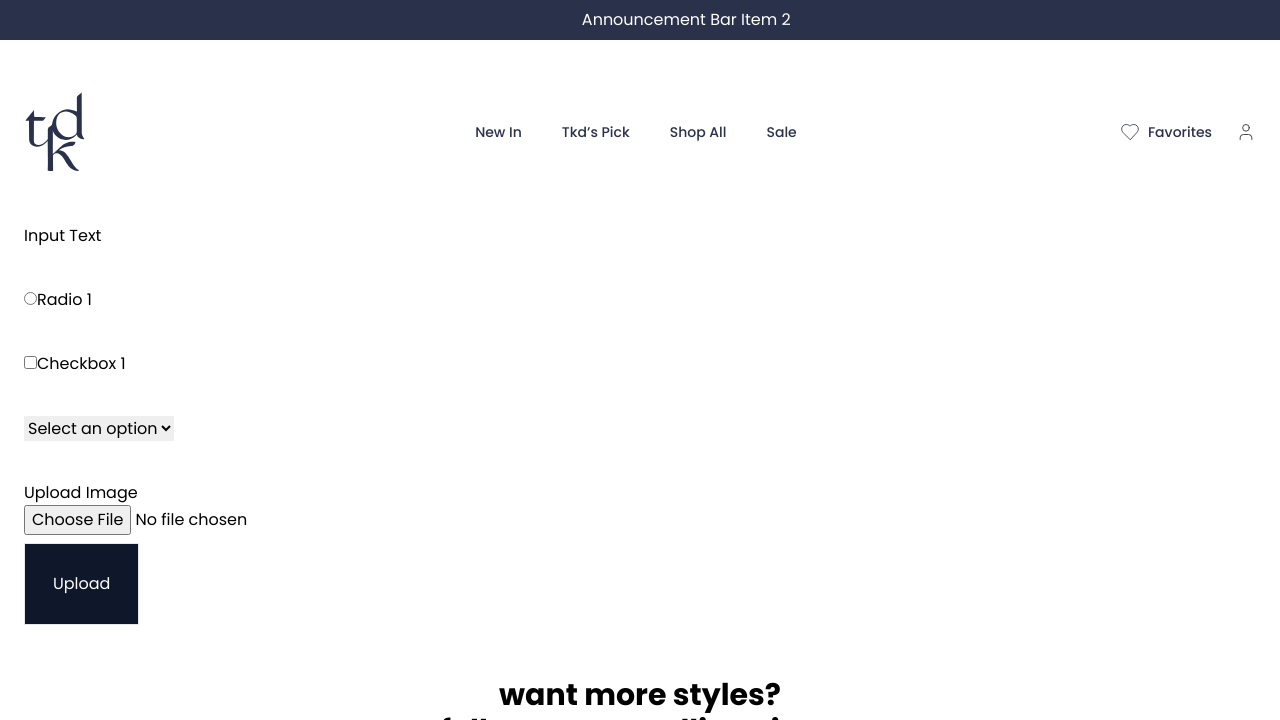
Repository: helmifnandani/online-store
Page: /input
These files come from the project's save history. The page is drawn as it stood at one moment and after the next save; the edit follows.
The browser window is 1280 px wide. The pictures show the whole page.
An inner scrolling area shows only its first screen. The project was rebuilt for these pictures with package versions that can differ from the ones it lists, and the page was loaded fresh each time. Also part of the build but not shown: vite.config.js, src/components/Icons/icon-chevron-right.jsx, src/components/Icons/icon-chevron-down.jsx, src/components/Icons/icon-chevron-left.jsx, src/components/Icons/icon-eye.jsx, src/components/Icons/icon-shopee.jsx, src/components/Icons/icon-tokopedia.jsx, src/components/Icons/icon-close.jsx and 19 more.

Above is the page before, as saved 2024-08-28 18:13:23.

### index.html
<!doctype html>
<html lang="en">
  <head>
    <meta charset="UTF-8" />
    <link
      rel="icon"
      type="image/svg+xml"
      href="/src/assets/images/logo/logo-2.png"
    />
    <meta name="viewport" content="width=device-width, initial-scale=1.0" />
    <title>Titipkitadi.id</title>
  </head>
  <body>
    <div id="root"></div>
    <script type="module" src="/src/main.jsx"></script>
  </body>
</html>

### src/main.jsx
import { StrictMode } from "react";
import { createRoot } from "react-dom/client";
import App from "./App.jsx";
import "./index.css";
import { BrowserRouter } from "react-router-dom";
import { AuthProvider } from "react-auth-kit";

createRoot(document.getElementById("root")).render(
  <StrictMode>
    <BrowserRouter>
      <App />
    </BrowserRouter>
  </StrictMode>,
);

### src/App.jsx
import { useState, useEffect, useRef } from "react";
import { Route, Routes, Navigate } from "react-router-dom";
import Navbar from "./components/Navbar";
import Footer from "./components/Footer";
import Home from "./pages/Home";
import ProductList from "./pages/ProductList";
import ProductDetail from "./pages/ProductDetail";
import Account from "./pages/Account";
import About from "./pages/About";
import Careers from "./pages/Careers";
import Contact from "./pages/Contact";
import Faq from "./pages/Faq";
import Input from "./pages/Input";
import ReturnsExchanges from "./pages/ReturnsExchanges";
import Shipping from "./pages/Shipping";
import { categories } from "./constants";

function App() {
  const [mobileDrawerOpen, setMobileDrawerOpen] = useState(false);
  const [heightNavbar, setHeightNavbar] = useState(0);
  const [isScrolled, setIsScrolled] = useState(false);
  const containerRef = useRef(null);
  const [categoryList, setCategoryList] = useState([]);

  useEffect(() => {
    setCategoryList(categories);
  }, []);
  const toggleNavbar = (e) => {
    e.stopPropagation();
    setMobileDrawerOpen(!mobileDrawerOpen);
  };

  useEffect(() => {
    if (mobileDrawerOpen) {
      document.querySelector("#sidebar").classList.add("translate-x-0");
      document.querySelector("#sidebar").classList.remove("-translate-x-full");
    } else {
      document.querySelector("#sidebar").classList.remove("translate-x-0");
      document.querySelector("#sidebar").classList.add("-translate-x-full");
    }
  }, [mobileDrawerOpen]);

  useEffect(() => {
    var navbar = document.querySelector("#navbar");
    const updateHeight = () => {
      if (navbar) {
        setHeightNavbar(navbar.offsetHeight);
      }
    };

    updateHeight();

    window.addEventListener("resize", updateHeight);

    return () => {
      window.removeEventListener("resize", updateHeight);
    };
  }, []);

  useEffect(() => {
    const handleScroll = () => {
      const element = containerRef.current;
      setIsScrolled(element.scrollTop > 0);
    };

    const element = containerRef.current;
    element.addEventListener("scroll", handleScroll);

    return () => {
      element.removeEventListener("scroll", handleScroll);
    };
  }, []);

  return (
    <div
      id="container"
      ref={containerRef}
      className={`flex h-screen flex-col overflow-x-hidden lg:space-y-10 ${mobileDrawerOpen ? "overflow-y-hidden" : ""} `}
    >
      <Navbar
        toggleNavbar={toggleNavbar}
        mobileDrawerOpen={mobileDrawerOpen}
        isScrolled={isScrolled}
        categoryList={categoryList}
      />
      <div
        className="mx-auto w-full max-w-7xl flex-grow px-4 lg:px-6"
        id="hero_container"
      >
        {mobileDrawerOpen ? (
          <div
            id="drawer_overlay"
            className={`fixed inset-0 bg-black pt-20 transition-opacity duration-300 ${
              mobileDrawerOpen
                ? "z-20 opacity-50"
                : "pointer-events-none opacity-0"
            }`}
            onClick={toggleNavbar}
            style={{ marginTop: `${heightNavbar}px` }}
          ></div>
        ) : (
          <></>
        )}
        <Routes>
          <Route path="/" element={<Home />} />
          <Route path="/input" element={<Input />} />
          <Route path="/products" element={<Navigate to="/products/all" />} />
          <Route
            path="/products/:collection"
            element={<ProductList categoryList={categoryList} />}
          />
          <Route path="/product/:guid" element={<ProductDetail />} />
          <Route path="/account" element={<Account />} />
          <Route path="/about" element={<About />} />
          <Route path="/careers" element={<Careers />} />
          <Route path="/contact" element={<Contact />} />
          <Route path="/faq" element={<Faq />} />
          <Route path="/returnsExchanges" element={<ReturnsExchanges />} />
          <Route path="/shipping" element={<Shipping />} />
        </Routes>
      </div>
      <Footer />
    </div>
  );
}

export default App;

### src/index.css
@import "./assets/css/fonts.css";
@import "./assets/css/slide.css";
@import "./assets/css/media.css";

@tailwind base;
@tailwind components;
@tailwind utilities;

@layer components {
  .btn-link .btn-text {
    @apply relative after:absolute after:-bottom-2px after:left-1/2 after:block after:h-px after:w-0 after:bg-slate-900 after:transition-all after:content-[''] after:hover:left-0 after:hover:w-full;
  }

  .sidebar-icon {
    @apply relative mx-auto mb-2 mt-2 flex h-12 w-12 items-center justify-center rounded-3xl bg-gray-800 text-green-500 transition-all duration-300 ease-linear hover:rounded-xl hover:bg-green-600 hover:text-white;
  }

  .sidebar-tooltip {
    @apply absolute left-14 m-2 w-auto min-w-max origin-left scale-0 rounded-md bg-gray-900 p-2 text-xs font-bold text-white shadow-md transition-all duration-100;
  }
}

:root {
  font-family: "Poppins", sans-serif;
}

.overlayscrollbars-react {
  width: 16rem;
  height: 16rem;
  margin: 0 auto;
  resize: both;
  overflow: auto;
  border-radius: 6px;
  border: 2px solid var(--foreground-color);
  box-shadow: rgb(var(--foreground-color-rgb) / 0.14) 0 0.875rem 3.125rem;
}

#container::-webkit-scrollbar-track {
  -webkit-box-shadow: inset 0 0 6px rgba(0, 0, 0, 0.3);
  background-color: #f5f5f5;
}

#container::-webkit-scrollbar {
  width: 6px;
  background-color: #f5f5f5;
}

#container::-webkit-scrollbar-thumb {
  background-color: #202225;
}

details > summary {
  list-style: none;
}
details > summary::-webkit-details-marker {
  display: none;
}

.transition-height {
  transition:
    height 0.5s ease-in-out,
    max-height 0.5s ease-in-out;
}

### src/components/Footer.jsx
import React from "react";
import Icon from "./Icons";
import Button from "./Button";

const Footer = () => {
  return (
    <div className="container relative mx-auto space-y-10 px-6 py-3 text-sm lg:px-4">
      <div className="flex flex-col items-center justify-center text-center">
        <p className="text-xl font-bold lg:text-3xl">want more styles?</p>
        <p className="text-xl font-bold lg:text-3xl">
          follow our travelling sister
        </p>
        <Button
          isLink={true}
          type={"link"}
          text={"@titipkitadi"}
          urlTarget="https://www.instagram.com/titipkitadi"
          openNewTab={true}
          className={"text-xl !font-bold lg:text-3xl"}
        />
      </div>
      <div className="flex flex-col gap-4 lg:flex-row">
        <div className="basis-auto border-b pb-4 lg:basis-1/3 lg:border-0">
          <ul className="flex flex-col gap-3">
            <li>
              <Button
                className={"!justify-start"}
                isLink={true}
                type={"link"}
                text={"About"}
                urlTarget="About"
              />
            </li>
            <li>
              <Button
                className={"!justify-start"}
                isLink={true}
                type={"link"}
                text={"Contact"}
                urlTarget="Contact"
              />
            </li>
            <li>
              <Button
                className={"!justify-start"}
                isLink={true}
                type={"link"}
                text={"FAQ"}
                urlTarget="Faq"
              />
            </li>
          </ul>
        </div>
        <div className="basis-auto border-b pb-4 lg:basis-1/3 lg:border-0">
          <ul className="flex flex-col gap-3">
            <li>
              <Button
                className={"!justify-start"}
                isLink={true}
                type={"link"}
                text={"Returns & Exchanges"}
                urlTarget="ReturnsExchanges"
              />
            </li>
            <li>
              <Button
                className={"!justify-start"}
                isLink={true}
                type={"link"}
                text={"Shipping"}
                urlTarget="Shipping"
              />
            </li>
            <li>
              <Button
                className={"!justify-start"}
                isLink={true}
                type={"link"}
                text={"Careers"}
                urlTarget="Careers"
              />
            </li>
          </ul>
        </div>
        <div className="basis-auto pb-4 lg:basis-1/3">
          <ul className="flex flex-col gap-3">
            <li className="flex items-center gap-2">
              <Button
                className={"!justify-start"}
                isLink={true}
                type={"link"}
                text={"the.koreandaily"}
                urlTarget="https://www.instagram.com/the.koreandaily"
                iconName={"instagram"}
                iconWidth={20}
                openNewTab={true}
              />
              <Button isLink={true} type={"link"} href={"#"} />
            </li>
            <li className="flex items-center gap-2">
              <Button
                className={"!justify-start"}
                isLink={true}
                type={"link"}
                urlTarget="https://www.instagram.com/titipkitadi"
                text={"titipkitadi"}
                iconName={"instagram"}
                iconWidth={20}
                openNewTab={true}
              />
            </li>
          </ul>
        </div>
      </div>
    </div>
  );
};

export default Footer;

### src/pages/Input.jsx
import { useState, useEffect } from "react";
const input = () => {
  const [radioValue, setRadioValue] = useState("");
  const [checkboxValue, setCheckboxValue] = useState("");
  const [selectedOption, setSelectedOption] = useState("");
  const [file, setFile] = useState(null);

  const handleSelectChange = (event) => {
    setSelectedOption(event.target.value);
  };
  const handleFileChange = (event) => {
    setFile(event.target.files[0]);
  };
  const handleFileUpload = async () => {
    const formData = new FormData();
    formData.append("file", file);
    console.log([...formData]);
  };
  return (
    <div className="space-y-10">
      <div>
        <label>Input Text</label>
        <input type="text" />
      </div>
      <div>
        <input
          type="radio"
          name="categories"
          id="radio_1"
          value="radio_1"
          checked={radioValue === "radio_1"}
          onChange={() => setRadioValue("radio_1")}
        />
        <label htmlFor="radio_1">
          <span>Radio 1</span>
        </label>
      </div>
      <div>
        <input
          type="checkbox"
          name="categories"
          id="chekbox_1"
          value="chekbox_1"
          checked={checkboxValue === "chekbox_1"}
          onChange={() => setCheckboxValue("chekbox_1")}
        />
        <label htmlFor="chekbox_1">
          <span>Checkbox 1</span>
        </label>
      </div>
      <div>
        <select value={selectedOption} onChange={handleSelectChange}>
          <option value="" disabled>
            Select an option
          </option>
          <option value="option1">Option 1</option>
          <option value="option2">Option 2</option>
          <option value="option3">Option 3</option>
        </select>
      </div>
      <div className="block">
        <div>Upload Image</div>
        <div>
          <input type="file" onChange={handleFileChange} className="mb-2" />
        </div>
        <button
          className="border bg-slate-900 p-7 text-white"
          onClick={handleFileUpload}
        >
          Upload
        </button>
      </div>
    </div>
  );
};

export default input;

### src/assets/css/slide.css
.slick-track {
  display: flex;
}

.slick-slide {
  height: auto;
}

.slick-slide > div {
  display: flex;
  height: 100%;
}

.slider-default {
  .slick-dots {
    bottom: 0;
  }

  .slick-dots {
    li {
      button {
        &:before {
          opacity: 0.5;
          color: white;
        }
      }

      &.slick-active {
        button {
          &:before {
            opacity: 1;
            color: white;
          }
        }
      }
    }
  }
}

@layer components {
  .slick-image li {
    @apply size-16;
  }
}
.slick-image {
  bottom: -80px;
  /* transform: translateY(5rem); */
}

### src/assets/css/media.css
.media {
    position: relative;
    display: block;
    overflow: hidden;

    &:before {
        content: ' ';
        display: block;
        width: 100%;
    }

    .media-content {
        position: absolute;
        top: 0;
        left: 0;
        width: 100%;
        height: 100%;
    }

    &.cover {
        .media-content {
            object-fit: cover;
        }
    }

    &.contain {
        .media-content {
            object-fit: contain;
        }
    }
}

### src/components/Icons.jsx
import React from "react";
import Logo from "./Icons/icon-logo.jsx";
import Heart from "./Icons/icon-heart.jsx";
import Profile from "./Icons/icon-profile.jsx";
import Instagram from "./Icons/icon-instagram.jsx";
import ChevronRight from "./Icons/icon-chevron-right.jsx";
import ChevronDown from "./Icons/icon-chevron-down.jsx";
import ChevronLeft from "./Icons/icon-chevron-left.jsx";
import Eye from "./Icons/icon-eye.jsx";
import Shopee from "./Icons/icon-shopee.jsx";
import Tokopedia from "./Icons/icon-tokopedia.jsx";
import Close from "./Icons/icon-close.jsx";
import Menu from "./Icons/icon-menu.jsx";
import Filter from "./Icons/icon-filter.jsx";
import Sort from "./Icons/icon-sort.jsx";
import Whatsapp from "./Icons/icon-whatsapp.jsx";

const Icon = (props) => {
  switch (props.name) {
    case "logo":
      return <Logo {...props} />;
    case "heart":
      return <Heart {...props} />;
    case "profile":
      return <Profile {...props} />;
    case "instagram":
      return <Instagram {...props} />;
    case "chevron-right":
      return <ChevronRight {...props} />;
    case "chevron-left":
      return <ChevronLeft {...props} />;
    case "chevron-down":
      return <ChevronDown {...props} />;
    case "eye":
      return <Eye {...props} />;
    case "shopee":
      return <Shopee {...props} />;
    case "tokopedia":
      return <Tokopedia {...props} />;
    case "close":
      return <Close {...props} />;
    case "menu":
      return <Menu {...props} />;
    case "filter":
      return <Filter {...props} />;
    case "sort":
      return <Sort {...props} />;
    case "whatsapp":
      return <Whatsapp {...props} />;
    default:
  }
};

export default Icon;

### src/components/Button.jsx
import Icon from "./Icons";
import { Link } from "react-router-dom";

const Button = ({
  isLink,
  type = "primary",
  text,
  urlTarget = "#",
  iconName,
  iconWidth = 20,
  onClick,
  btnWidth = "w-auto",
  isPill,
  className = "",
  btnTextClass = "",
  style,
  openNewTab,
  disabled,
}) => {
  let btnStyle = `flex gap-2 items-center justify-center text-center text-sm font-medium transition-all ease-linear ${btnWidth} `;
  switch (type) {
    case "primary":
      btnStyle += `${disabled ? "!bg-gray-100 pointer-events-none !text-gray-400" : ""} px-5 py-2.5 bg-primary-500 text-white hover:bg-gray-700 focus:outline-none `;
      break;
    case "outline":
      btnStyle += `${disabled ? "!bg-gray-100 pointer-events-none !text-gray-400" : ""} px-5 py-2.5 hover:bg-gray-300 border border-primary-500 text-primary-500 `;
      break;
    case "link":
      btnStyle += `${disabled ? "pointer-events-none !text-gray-400" : "text-primary-500"} btn-link`;
      break;
  }

  if (isPill) btnStyle += "rounded-full ";

  btnStyle += ` ${className}`;

  const handleLinkClick = (e) => {
    const overlayElement = document.getElementById("drawer_overlay");
    if (overlayElement) {
      const event = new MouseEvent("click", {
        bubbles: true,
        cancelable: true,
        view: window,
      });
      overlayElement.dispatchEvent(event);
    }
  };

  return (
    <>
      {isLink ? (
        <Link
          to={urlTarget}
          className={btnStyle}
          style={style}
          target={openNewTab ? "_blank" : ""}
          onClick={handleLinkClick}
        >
          {iconName && (
            <span>
              <Icon name={iconName} width={iconWidth} />
            </span>
          )}
          <span className={`btn-text ${btnTextClass}`}>{text}</span>
        </Link>
      ) : (
        <button onClick={onClick} className={btnStyle} style={style}>
          {iconName && (
            <span>
              <Icon name={iconName} width={iconWidth} />
            </span>
          )}
          {text && (
            <span className={type === "link" ? `btn-text ${btnTextClass}` : ""}>
              {text}
            </span>
          )}
        </button>
      )}
    </>
  );
};

export default Button;

### src/components/AnnouncementBar.jsx
import { useEffect, useState } from "react";
import SlideShow from "./SlideShow";
import "slick-carousel/slick/slick.css";
import "slick-carousel/slick/slick-theme.css";
import AnnouncementBarItem from "./AnnouncementBarItem";
import { announcementBarItemsArray } from "../constants";

const AnnouncementBar = ({ isScrolled }) => {
  const [announcementBarItems, setAnnouncementBarItems] = useState([]);

  useEffect(() => {
    setAnnouncementBarItems(announcementBarItemsArray);
    console.log(announcementBarItems);
  }, []);
  return (
    <div
      className={`bg-primary-500 py-2 text-white ${isScrolled ? "h-0 max-h-0" : "h-auto max-h-10"}`}
    >
      <SlideShow
        arrows={false}
        autoplay={true}
        autoplaySpeed={5000}
        fade={false}
      >
        {announcementBarItemsArray.map((item, index) => (
          <div key={index}>
            <AnnouncementBarItem item={item} />
          </div>
        ))}
      </SlideShow>
    </div>
  );
};

export default AnnouncementBar;

### src/components/SlideShow.jsx
import React, { useState, useEffect } from "react";
import Slider from "react-slick";
import "slick-carousel/slick/slick.css";
import "slick-carousel/slick/slick-theme.css";
import Icon from "./Icons";
import Image from "./Image";

const NextArrow = ({ className, cn, style, onClick }) => {
  return (
    <div
      className={`${className} ${cn} right-0 z-10 size-10 lg:right-7 lg:size-16`}
      style={{ ...style, display: "block" }}
      onClick={onClick}
    >
      <Icon
        className="transition-all group-[.slick-disabled]:stroke-gray-200"
        name="chevron-right"
        width={"100%"}
        fill={"#fff"}
      />
    </div>
  );
};

const PrevArrow = ({ className, cn, style, onClick }) => {
  return (
    <div
      className={`${className} ${cn} left-0 z-10 size-10 lg:left-7 lg:size-16`}
      style={{ ...style, display: "block" }}
      onClick={onClick}
    >
      <Icon
        className="transition-all group-[.slick-disabled]:stroke-gray-200"
        name="chevron-left"
        width={"100%"}
        fill={"#fff"}
      />
    </div>
  );
};
const SlideShow = ({
  children,
  fade = true,
  infinite = true,
  speed = 500,
  slidesToShow = 1,
  slidesToScroll = 1,
  waitForAnimate = false,
  autoplay = false,
  autoplaySpeed = 2000,
  pauseOnHover = true,
  className = "slider",
  arrows = true,
  centerMode = false,
  dots = false,
  propsCustomPaging = [],
}) => {
  const [isLargeScreen, setIsLargeScreen] = useState(false);

  useEffect(() => {
    const handleResize = () => {
      setIsLargeScreen(window.innerWidth >= 1024);
    };

    handleResize();
    window.addEventListener("resize", handleResize);

    return () => window.removeEventListener("resize", handleResize);
  }, []);

  const settings = {
    fade,
    infinite,
    speed,
    slidesToShow,
    slidesToScroll,
    waitForAnimate,
    autoplay,
    autoplaySpeed,
    pauseOnHover,
    arrows,
    lazyLoad: true,
    centerMode,
    dots,
    nextArrow: <NextArrow cn={"before:content-[''] group"} />,
    prevArrow: <PrevArrow cn={"before:content-[''] group"} />,
    centerPadding: centerMode ? "8px" : "",
    responsive: [
      {
        breakpoint: 1024,
        settings: {
          slidesToShow,
          slidesToScroll,
        },
      },
      {
        breakpoint: 600,
        settings: {
          slidesToShow: 1,
          slidesToScroll: 1,
        },
        centerPadding: centerMode ? "60px" : "",
      },
    ],
  };

  if (propsCustomPaging.length > 0 && isLargeScreen) {
    (settings.dotsClass = "slick-dots slick-image"),
      (settings.customPaging = function (i) {
        return (
          <a className="">
            <Image
              imgSrc={propsCustomPaging[i]}
              ratio={"aspect-card"}
              className="h-full w-full"
            />
          </a>
        );
      });
  }
  return (
    <div
      className={`slider-container ${arrows ? "" : "overflow-hidden"} ${className} ${propsCustomPaging.length > 0 ? "slider-custom-paging" : "slider-default"}`}
    >
      <Slider {...settings}>{children}</Slider>
    </div>
  );
};

export default SlideShow;

### src/components/Icons/icon-heart.jsx
const SVG = ({
  style = {},
  width = "24",
  height = "24",
  className = "",
  viewBox = "0 0 24 24",
}) => (
  <svg
    width={width}
    style={style}
    height={width}
    viewBox={viewBox}
    xmlns="http://www.w3.org/2000/svg"
    className={`svg-icon ${className || ""}`}
    xmlnsXlink="http://www.w3.org/1999/xlink"
    stroke="currentColor"
    fill="none"
    strokeWidth="1"
    strokeLinecap="round"
    strokeLinejoin="round"
  >
    <path d="M19 14c1.49-1.46 3-3.21 3-5.5A5.5 5.5 0 0 0 16.5 3c-1.76 0-3 .5-4.5 2-1.5-1.5-2.74-2-4.5-2A5.5 5.5 0 0 0 2 8.5c0 2.3 1.5 4.05 3 5.5l7 7Z" />
  </svg>
);

export default SVG;

### src/components/Icons/icon-profile.jsx
const SVG = ({
  style = {},
  fill = "#202225",
  width = "24",
  height = "24",
  className = "",
  viewBox = "0 0 24 24",
}) => (
  <svg
    width={width}
    style={style}
    height={width}
    viewBox={viewBox}
    xmlns="http://www.w3.org/2000/svg"
    className={`svg-icon ${className || ""}`}
    xmlnsXlink="http://www.w3.org/1999/xlink"
    stroke={fill}
    fill="none"
    strokeWidth="1"
    strokeLinecap="round"
    strokeLinejoin="round"
  >
    <path d="M19 21v-2a4 4 0 0 0-4-4H9a4 4 0 0 0-4 4v2" />
    <circle cx="12" cy="7" r="4" />
  </svg>
);

export default SVG;

### src/components/Icons/icon-instagram.jsx
const SVG = ({
  style = {},
  fill = "#202225",
  width = "24",
  height = "24",
  className = "",
  viewBox = "0 0 24 24",
}) => (
  <svg
    width={width}
    style={style}
    height={width}
    viewBox={viewBox}
    xmlns="http://www.w3.org/2000/svg"
    className={`svg-icon ${className || ""}`}
    xmlnsXlink="http://www.w3.org/1999/xlink"
    stroke={fill}
    fill="none"
    strokeWidth="1"
    strokeLinecap="round"
    strokeLinejoin="round"
  >
    <rect width="20" height="20" x="2" y="2" rx="5" ry="5" />
    <path d="M16 11.37A4 4 0 1 1 12.63 8 4 4 0 0 1 16 11.37z" />
    <line x1="17.5" x2="17.51" y1="6.5" y2="6.5" />
  </svg>
);

export default SVG;

### src/components/AnnouncementBarItem.jsx
const AnnouncementBarItem = ({ item }) => {
  console.log(item);
  return <div className="flex justify-center">{item.text}</div>;
};

export default AnnouncementBarItem;

Loaded but not shown: tailwind.config.js (77 lines, source omitted); src/constants/index.jsx (994 lines, source omitted); src/assets/css/fonts.css (257 lines, source omitted); src/components/Icons/icon-logo.jsx (35 lines, source omitted); src/components/Navbar.jsx (192 lines, source omitted)

After the next save:
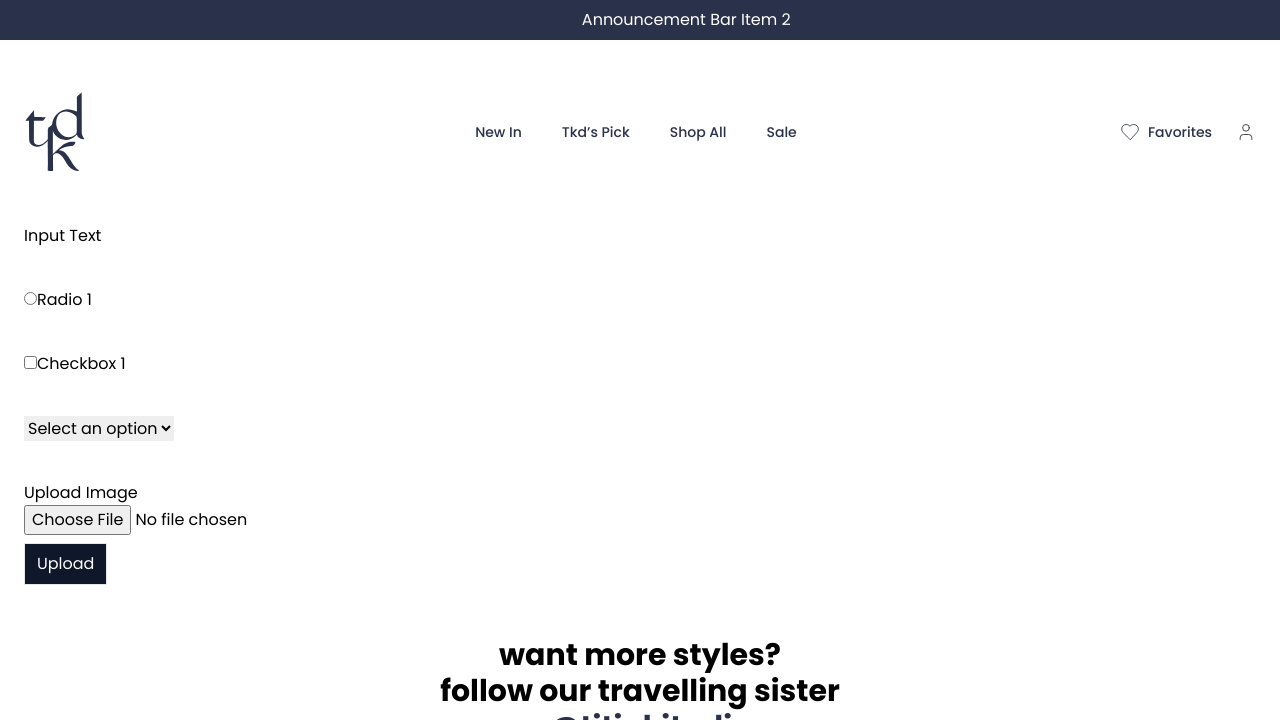
Saved 6 s later.
--- a/src/pages/Input.jsx
+++ b/src/pages/Input.jsx
@@ -64,7 +64,7 @@ const input = () => {
           <input type="file" onChange={handleFileChange} className="mb-2" />
         </div>
         <button
-          className="border bg-slate-900 p-7 text-white"
+          className="border bg-slate-900 px-3 py-2 text-white"
           onClick={handleFileUpload}
         >
           Upload
